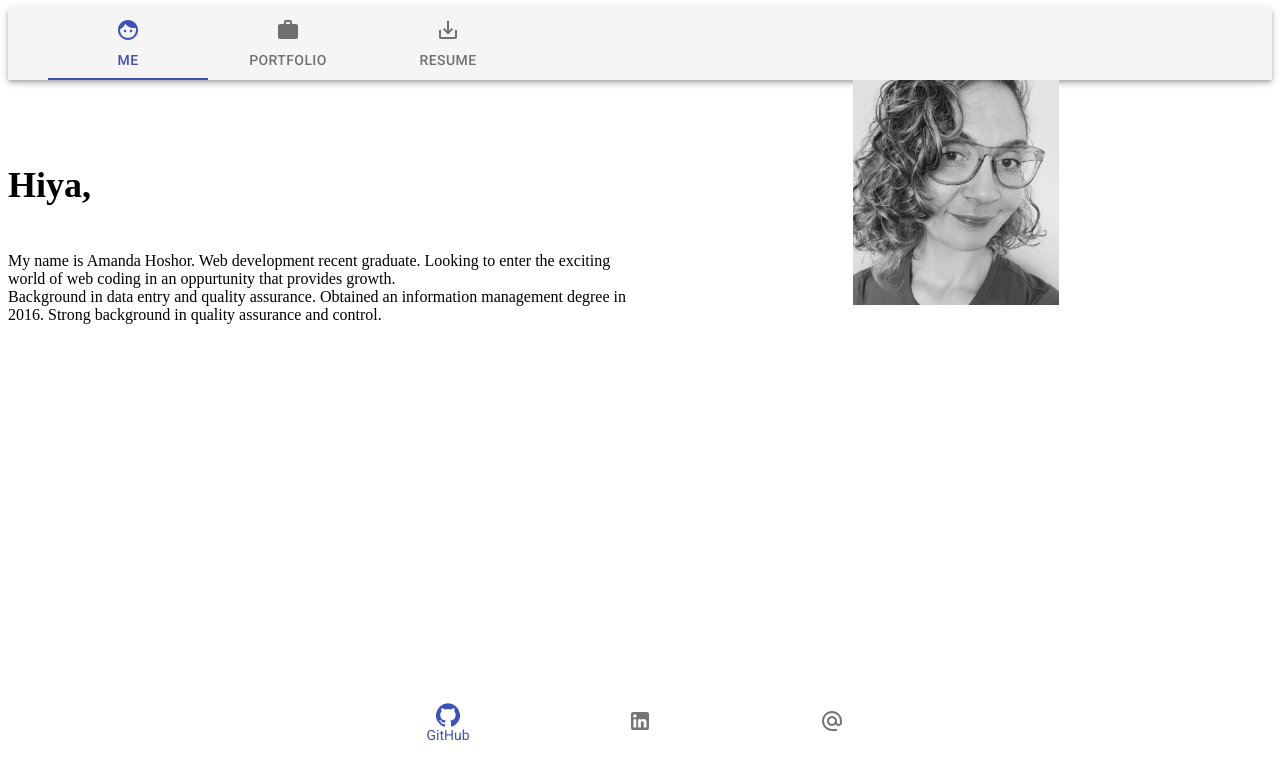
Repository: mandahos/hoshor
Page: /
These files come from the project's save history. The page is drawn as it stood at one moment and after the next save; the edit follows.
The browser window is 1280 px wide. The pictures show the whole page.
The project was rebuilt for these pictures with package versions that can differ from the ones it lists, and the page was loaded fresh each time. Also part of the build but not shown: src/components/Portfolio/index.js, src/components/Resume/index.js. Imported but missing from the stored project, and not drawn on this page: src/assets/resume/Amanda_Hoshor_Resume.PDF, src/assets/resume/Resume_Hoshor (1).pdf.

Above is the page before, as saved 2021-08-22 08:17:34.

### public/index.html
<!DOCTYPE html>
<html lang="en">
  <head>
    <meta charset="utf-8" />
    <link rel="icon" href="%PUBLIC_URL%/favicon.ico" />
    <meta name="viewport" content="width=device-width, initial-scale=1" />
    <meta name="theme-color" content="#000000" />
    <meta
      name="description"
      content="Web site created using create-react-app"
    />
    <link rel="apple-touch-icon" href="%PUBLIC_URL%/logo192.png" />
    <link rel="stylesheet" href="https://fonts.googleapis.com/css?family=Roboto:300,400,500,700&display=swap" />

    <!--
      manifest.json provides metadata used when your web app is installed on a
      user's mobile device or desktop. See https://developers.google.com/web/fundamentals/web-app-manifest/
    -->

    <link rel="stylesheet" href="https://fonts.googleapis.com/icon?family=Material+Icons" />
    <link rel="manifest" href="%PUBLIC_URL%/manifest.json" />
    <!--
      Notice the use of %PUBLIC_URL% in the tags above.
      It will be replaced with the URL of the `public` folder during the build.
      Only files inside the `public` folder can be referenced from the HTML.

      Unlike "/favicon.ico" or "favicon.ico", "%PUBLIC_URL%/favicon.ico" will
      work correctly both with client-side routing and a non-root public URL.
      Learn how to configure a non-root public URL by running `npm run build`.
    -->
    <title>Hoshor</title>
  </head>
  <body>
    <noscript>You need to enable JavaScript to run this app.</noscript>
    <div id="root"></div>
    <!--
      This HTML file is a template.
      If you open it directly in the browser, you will see an empty page.

      You can add webfonts, meta tags, or analytics to this file.
      The build step will place the bundled scripts into the <body> tag.

      To begin the development, run `npm start` or `yarn start`.
      To create a production bundle, use `npm run build` or `yarn build`.
    -->
  </body>
</html>

### src/index.js
import React from 'react';
import ReactDOM from 'react-dom';
import './css/styles.css';
import App from './App';

ReactDOM.render(
  <React.StrictMode>
    <App />

  </React.StrictMode>,
  document.getElementById('root')
);

// If you want to start measuring performance in your app, pass a function
// to log results (for example: reportWebVitals(console.log))
// or send to an analytics endpoint. Learn more: https://bit.ly/CRA-vitals

### src/css/styles.css
.App {
  font-family: Arial, Helvetica, sans-serif;
  text-align: center;
  background-color: #7A6174;
  color: white
}
h1 {
  font-size: 48px;

}
h2 {
  font-size: 14px
}
.About {
  font-family: Cambria, Cochin, Georgia, Times, 'Times New Roman', serif
}
h3 {
  text-align: left;
}

p {
  text-align: left;
}

### src/App.js
import React, { useState } from "react";
import "./css/styles.css";
import  Navigation from "./components/Navigation";
import  Footer  from "./components/Footer";

// import background from "./assets/images/plug.png"


export default function App() {
   return (
    <div>
      <Navigation />



        <Footer />
    </div>
  )
}

### src/components/Navigation/index.js
import React from 'react';
import PropTypes from 'prop-types';
import { makeStyles } from '@material-ui/core/styles';
import AppBar from '@material-ui/core/AppBar';
import Tabs from '@material-ui/core/Tabs';
import Tab from '@material-ui/core/Tab';

import FaceIcon from '@material-ui/icons/Face';
import WorkIcon from '@material-ui/icons/Work';
import SaveAltIcon from '@material-ui/icons/SaveAlt';

import Typography from '@material-ui/core/Typography';
import Box from '@material-ui/core/Box';

import Me from '../Me/index'
import Portfolio from '../Portfolio/index'
import Resume from '../Resume/index'

function TabPanel(props) {
  const { children, value, index, ...other } = props;

  return (
    <div
      role="tabpanel"
      hidden={value !== index}
      id={`scrollable-force-tabpanel-${index}`}
      aria-labelledby={`scrollable-force-tab-${index}`}
      {...other}
    >
      {value === index && (
        <Box p={3}>
          <Typography>{children}</Typography>
        </Box>
      )}
    </div>
  );
}

TabPanel.propTypes = {
  children: PropTypes.node,
  index: PropTypes.any.isRequired,
  value: PropTypes.any.isRequired,
};

function a11yProps(index) {
  return {
    id: `scrollable-force-tab-${index}`,
    'aria-controls': `scrollable-force-tabpanel-${index}`,
  };
}

const useStyles = makeStyles((theme) => ({
  root: {
    flexGrow: 1,
    width: '100%',
    backgroundColor: theme.palette.background.paper,
  },
}));

export default function ScrollableTabsButtonForce() {
  const classes = useStyles();
  const [value, setValue] = React.useState(0);

  const handleChange = (event, newValue) => {
    setValue(newValue);
  };


  return (
    <>
      <div className={classes.root}>
        <AppBar position="static" color="default">
          <Tabs
            value={value}
            onChange={handleChange}
            variant="scrollable"
            scrollButtons="on"
            indicatorColor="primary"
            textColor="primary"
            aria-label="scrollable force tabs example"
          >

            <Tab label="Me" icon={<FaceIcon />} {...a11yProps(0)} />
            <Tab label="Portfolio" icon={<WorkIcon />} {...a11yProps(1)} />
            <Tab label="Resume" icon={<SaveAltIcon />} {...a11yProps(2)} />
          </Tabs>
        </AppBar>


        {value === 0 && <Me />}
        {value === 1 && <Portfolio />}
        {value === 2 && <Resume />}

      </div>
    </>
  );
}

### src/components/Footer/index.js
import React from 'react';
import { makeStyles } from '@material-ui/core/styles';
import BottomNavigation from '@material-ui/core/BottomNavigation';
import BottomNavigationAction from '@material-ui/core/BottomNavigationAction';
import LinkedInIcon from '@material-ui/icons/LinkedIn';
import GitHubIcon from '@material-ui/icons/GitHub';
import AlternateEmailIcon from '@material-ui/icons/AlternateEmail';
import CSS from './footer.css'

const useStyles = makeStyles({
  root: {
    width: 500,


  },
});

export default function LabelBottomNavigation() {
  const footer = useStyles();
  const [value, setValue] = React.useState('recents');

  const handleChange = (event, newValue) => {
    setValue(newValue);
  };

  return (
    <BottomNavigation value={value} onChange={handleChange} className={footer}>
      <BottomNavigationAction a href="https://github.com/mandahos" label="GitHub" value="recents" icon={<GitHubIcon />} />
      <BottomNavigationAction a href="https://www.linkedin.com/in/amanda-hoshor/" label="LinkedIn" value="favorites" icon={<LinkedInIcon />} />
      <BottomNavigationAction a href="mailto:hoshor.manda@gmail.com" label="Email" value="nearby" icon={<AlternateEmailIcon />} />

    </BottomNavigation>
  );
}

### src/components/Me/index.js
import React from 'react';
import {
  Container,
  Stack,
  Flex,
  Box,
  Heading,
  Text,
  Image

} from '@chakra-ui/react';
import { makeStyles } from '@material-ui/core/styles';


import picture from '../../assets/images/portfolio.jpg'

const useStyles = makeStyles({
  root: {
    background: 'linear-gradient(45deg, #FE6B8B 30%, #FF8E53 90%)',
    border: 0,
    borderRadius: 3,
    boxShadow: '0 3px 5px 2px rgba(255, 105, 135, .3)',
    color: 'white',
    height: 48,
    padding: '0 30px',
  },
});

const Me = () => {
  const classes = useStyles();
  return (

    <Container maxW={'7xl'}>
      <Stack
        align={'center'}
        spacing={{ base: 8, md: 10 }}
        py={{ base: 20, md: 28 }}
        direction={{ base: 'column', md: 'row' }}>

        <Stack flex={1} spacing={{ base: 5, md: 10 }}>
          <Heading
            lineHeight={1.1}
            fontWeight={800}
            fontSize={36}
            >
            <Text
              as={'span'}
              position={'relative'}
              _after={{
                content: "''",
                width: 'full',
                height: '80%',
                position: 'absolute',
                bottom: 1,
                left: 0,
                bg: 'red.400',
                zIndex: -1,

              }}>
              Hiya,
            </Text>
            <br />

          </Heading>
          <Text color={'black.500'}>
            My name is Amanda Hoshor. Web development recent graduate. Looking to enter the exciting world of web coding in an oppurtunity that provides growth.
            <br/>
            Background in data entry and quality assurance. Obtained an information management degree in 2016. Strong background in quality assurance and control.
          </Text>
          <Stack
            spacing={{ base: 4, sm: 6 }}
            direction={{ base: 'column', sm: 'row' }}>

          </Stack>
        </Stack>
        <Flex
          flex={1}
          justify={'center'}
          align={'center'}
          position={'relative'}
          w={'full'}>

          <Box
            position={'relative'}
            height={'300px'}
            rounded={'2xl'}
            boxShadow={'2xl'}
            width={'full'}
            overflow={'hidden'}>

            <Image
              alt={'Me'}
              fit={'cover'}
              align={'center'}
              w={'100%'}
              h={'75%'}
              src={
                picture
              }
            />
          </Box>
        </Flex>
      </Stack>
    </Container>
  );
}

export default Me;

### src/components/Footer/footer.css
.root {
    display: block;
    margin-left: auto;
    margin-right: auto;
    margin-top: 25%;
    justify-content: center;
    position: relative;
    bottom: 0;

}

After the next save:
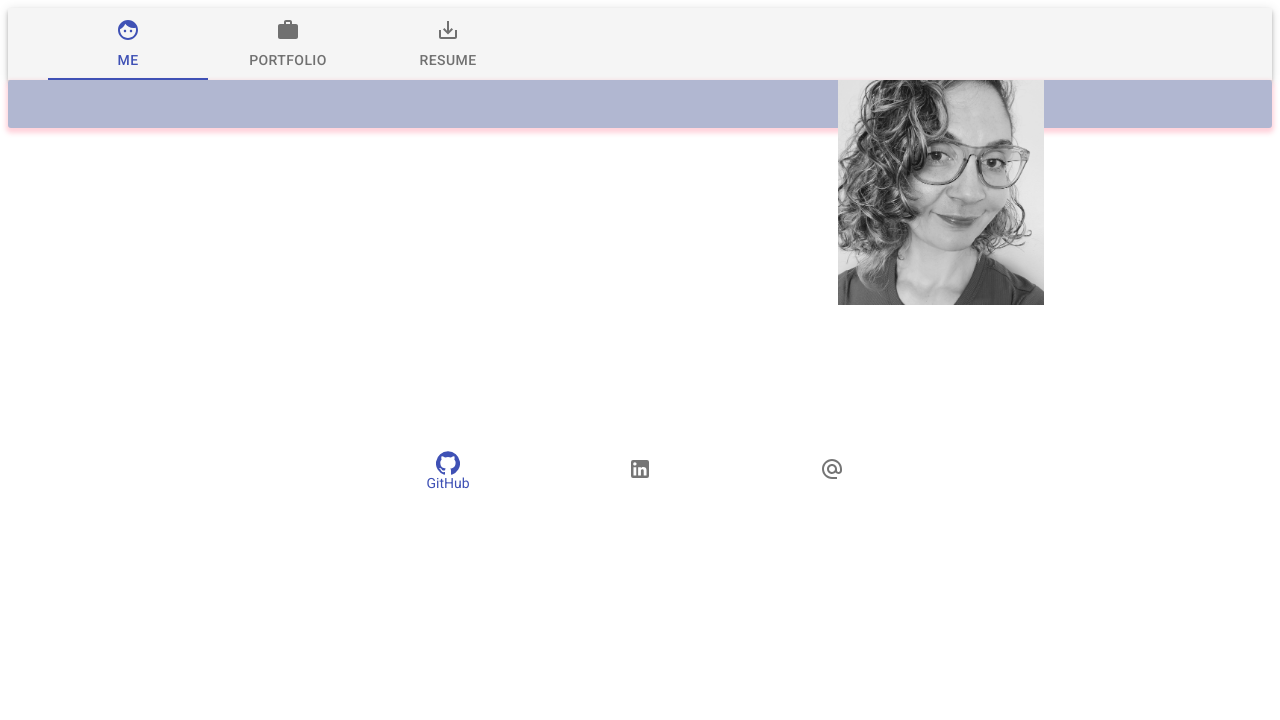
Saved 2 min 14 s later.
--- a/src/components/Me/index.js
+++ b/src/components/Me/index.js
@@ -16,7 +16,7 @@
 
 const useStyles = makeStyles({
   root: {
-    background: 'linear-gradient(45deg, #FE6B8B 30%, #FF8E53 90%)',
+    background: '#b1b7d1',
     border: 0,
     borderRadius: 3,
     boxShadow: '0 3px 5px 2px rgba(255, 105, 135, .3)',
@@ -30,7 +30,7 @@
   const classes = useStyles();
   return (
 
-    <Container maxW={'7xl'}>
+    <Container maxW={'7xl'} className={classes.root}>
       <Stack
         align={'center'}
         spacing={{ base: 8, md: 10 }}

After the save that followed:
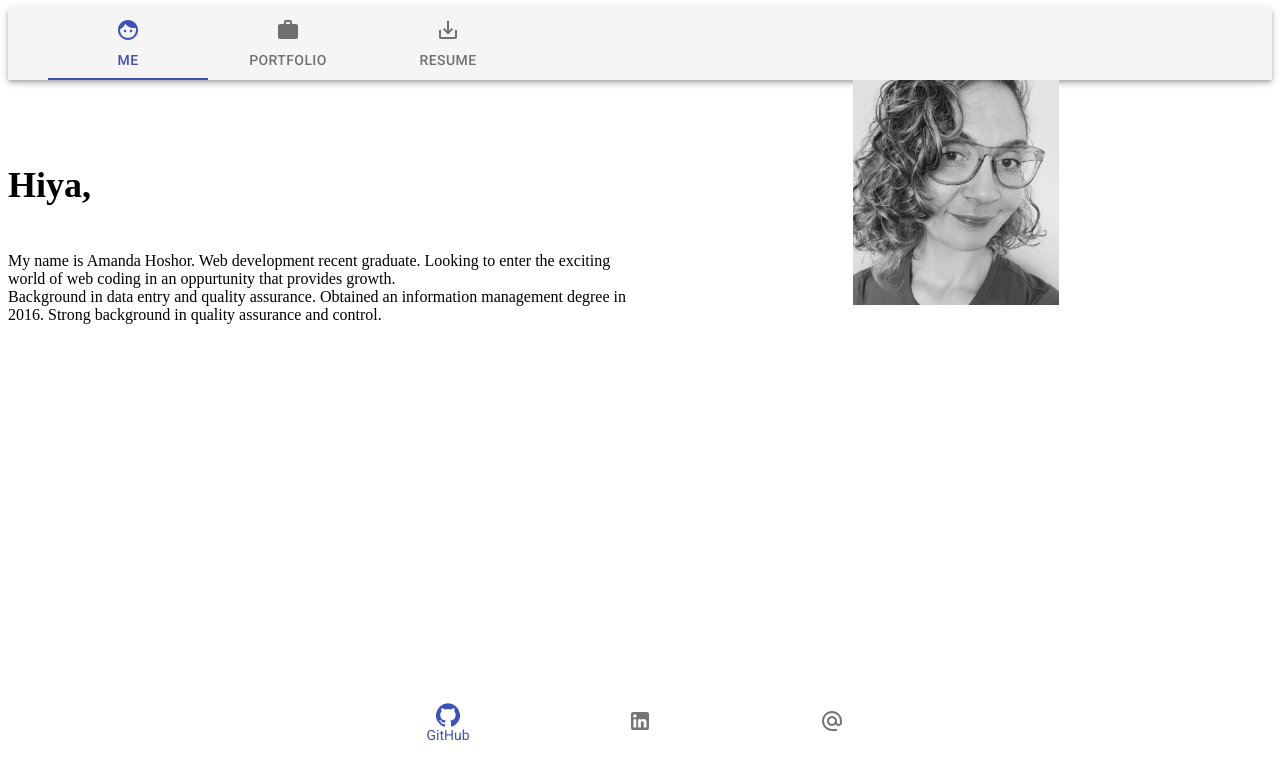
Saved 19 s later.
--- a/src/components/Me/index.js
+++ b/src/components/Me/index.js
@@ -30,7 +30,7 @@
   const classes = useStyles();
   return (
 
-    <Container maxW={'7xl'} className={classes.root}>
+    <Container maxW={'7xl'} >
       <Stack
         align={'center'}
         spacing={{ base: 8, md: 10 }}
